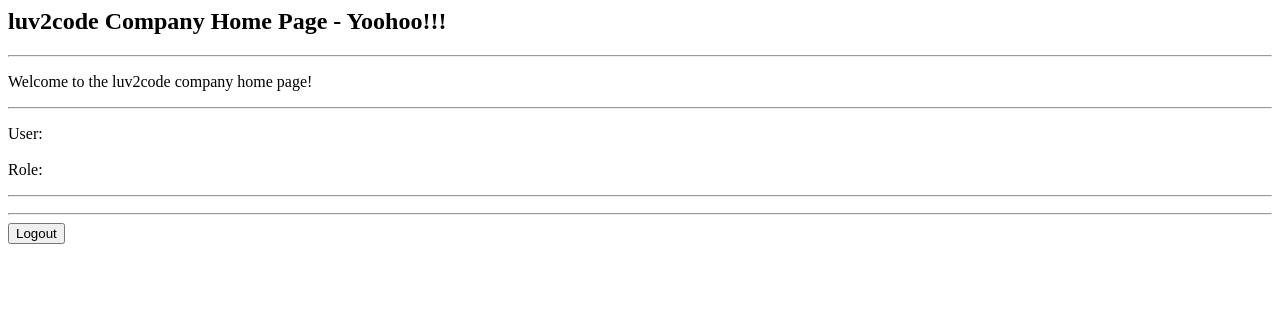
Repository: MOURAD1997-ctrl/dev-security
Page: http://localhost/spring-security-demo-07-user-roles/WEB-INF/view/home.jsp
The author's editor kept a copy of each file at every save. The page is drawn from the files as they stood at one save, then again after the next save.
The browser window is 1280 px wide. The pictures show the whole page.
The page is served by Tomcat 9. Nobody is signed in. Other server files are loaded and not shown. The template is opened directly, without the code that normally fills it, so the values that code supplies are empty.

Above is the page before, as saved 2020-06-05 18:29:58.

### spring-security-demo-07-user-roles/src/main/webapp/WEB-INF/view/home.jsp
<%@ taglib prefix="form" uri="http://www.springframework.org/tags/form" %>
<%@ taglib prefix="security" uri="http://www.springframework.org/security/tags" %>

<html>

<head>
    <title>luv2code Company Home Page</title>
</head>


<body>
   <h2>luv2code Company Home Page - Yoohoo!!!</h2>
   <hr>
   <p>
   Welcome to the luv2code company home page!
   </p>
   <hr>
   <!-- display user id and role -->
   <p>
      User: <security:authentication property="principal.username"/>
      <br><br>
      Role: <security:authentication property="principal.authorities"/>
   </p>
   <hr>
   <p>
      <a href=""></a>
   </p>
   <hr>
   <form:form action="${pageContext.request.contextPath}/logout"
              method="POST">

            <input type="submit" value="Logout" />

   </form:form>
</body>


</html>

After the next save:
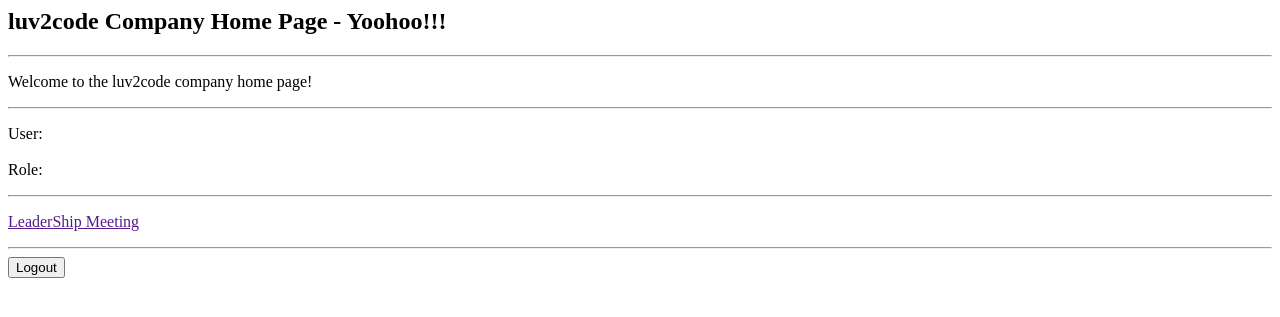
Saved 29 s later.
--- a/spring-security-demo-07-user-roles/src/main/webapp/WEB-INF/view/home.jsp
+++ b/spring-security-demo-07-user-roles/src/main/webapp/WEB-INF/view/home.jsp
@@ -23,7 +23,7 @@
    </p>
    <hr>
    <p>
-      <a href=""></a>
+      <a href="">LeaderShip Meeting</a>
    </p>
    <hr>
    <form:form action="${pageContext.request.contextPath}/logout"
